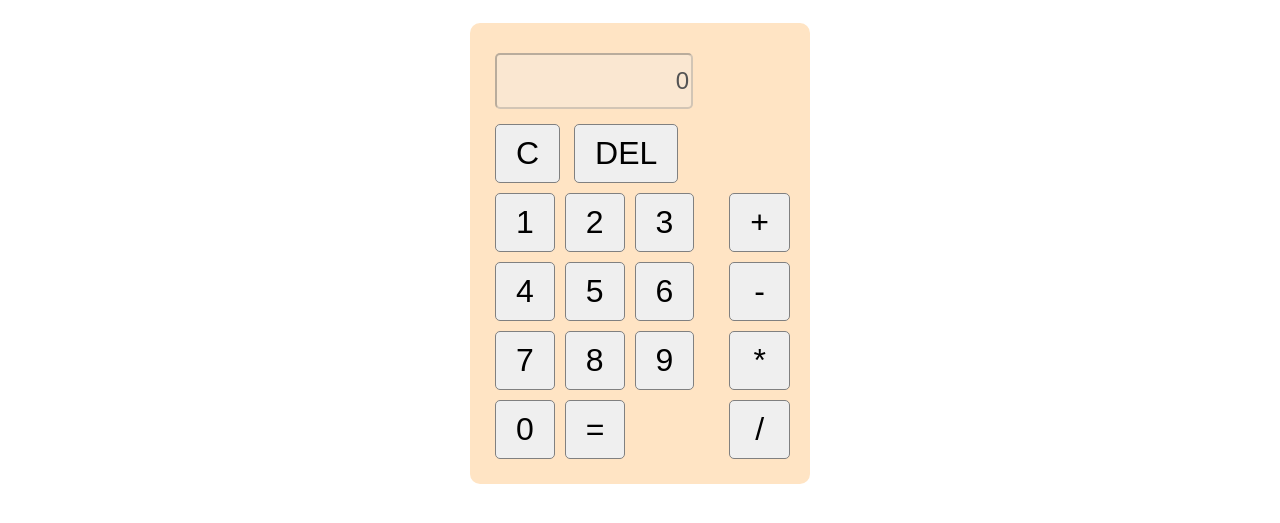
Repository: jaskeat/Calculator
Page: index.html
The author's editor kept a copy of each file at every save. The page is drawn from the files as they stood at one save, then again after the next save.
The browser window is 1280 px wide. The pictures show the whole page.

Above is the page before, as saved 2024-09-05 13:23:53.

### index.html
<!DOCTYPE html>
<html lang="en">
	<head>
		<meta charset="UTF-8" />
		<meta name="viewport" content="width=device-width, initial-scale=1.0" />
		<title>Calculator</title>
		<link rel="stylesheet" href="style.css" />
	</head>
	<body>
		<div class="calculator">
			<div class="display">
				<input type="text" class="display-input" value="0" disabled />
			</div>

			<div class="extrabtn">
				<button class="btn" onclick="clearDisplay()">C</button>
				<button class="btn" onclick="deleteLast()">DEL</button>
			</div>

			<div class="buttons">
				<div class="operators">
					<button class="btn" onclick="append('+')">+</button>
					<button class="btn" onclick="append('-')">-</button>
					<button class="btn" onclick="append('*')">*</button>
					<button class="btn" onclick="append('/')">/</button>
				</div>

				<div class="numbers">
					<button class="btn" onclick="append('1')">1</button>
					<button class="btn" onclick="append('2')">2</button>
					<button class="btn" onclick="append('3')">3</button>
					<button class="btn" onclick="append('4')">4</button>
					<button class="btn" onclick="append('5')">5</button>
					<button class="btn" onclick="append('6')">6</button>
					<button class="btn" onclick="append('7')">7</button>
					<button class="btn" onclick="append('8')">8</button>
					<button class="btn" onclick="append('9')">9</button>
					<button class="btn" onclick="append('0')">0</button>
					<button class="btn" onclick="calculate()">=</button>
				</div>
			</div>
		</div>
		<script src="script.js"></script>
	</body>
</html>

### style.css
body {
	display: flex;
	justify-content: center;
	align-items: center;
}

.calculator {
	width: 300px;
	max-width: 600px;
	height: auto;
	margin: 15px;
	padding: 20px;
	background-color: bisque;
	border-radius: 10px;
}

button {
	border-radius: 5px;
	border: 1px grey solid;
	font-size: 1.3rem;
}

button:hover {
	background-color: lightgrey;
	cursor: pointer;
}

input {
	width: 190px;
	height: 50px;
	font-size: 1.5rem;
	text-align: right;
	border-radius: 5px;
	margin: 10px 5px;
}

.operators {
	display: flex;
	flex-direction: column;
	width: auto;
}

.operators button {
	width: auto;
	height: auto;
	margin: 5px 0;
}

.numbers {
	display: flex;
	flex-wrap: wrap;
	height: auto;
	width: 250px;
}

.buttons {
	display: flex;
	flex-direction: row-reverse;
	justify-content: space-between;
	font-size: 2rem;
}

.btn {
	font-size: 2rem;
	padding: 10px 20px;
	margin: 5px;
}

Loaded but not shown: script.js (no copy from this time; the picture is the same without it)

After the next save:
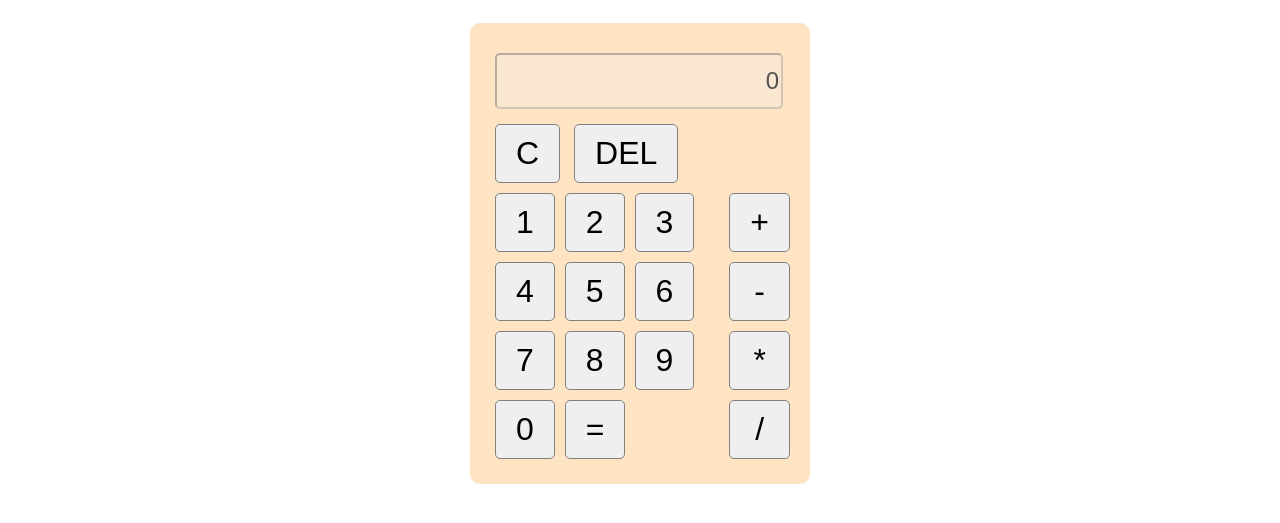
Saved 9 s later.
--- a/style.css
+++ b/style.css
@@ -26,7 +26,7 @@ button:hover {
 }
 
 input {
-	width: 190px;
+	width: 280px;
 	height: 50px;
 	font-size: 1.5rem;
 	text-align: right;
